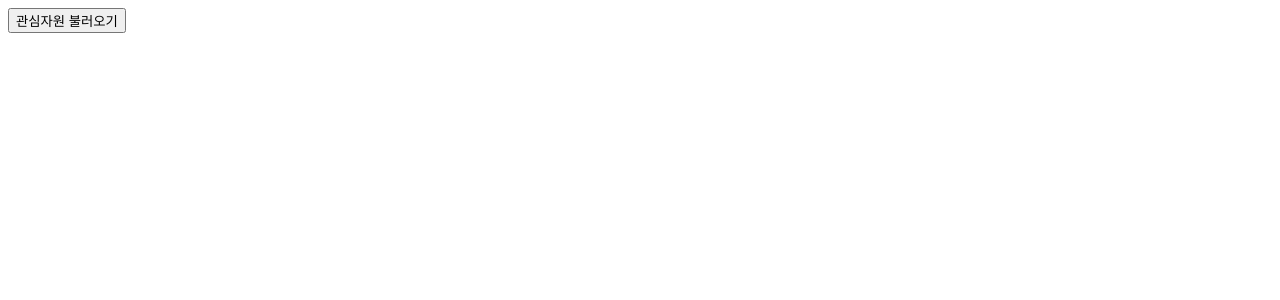
Repository: dlgywls1130/one_popup
Page: index.html
These files come from the project's save history. The page is drawn as it stood at one moment and after the next save; the edit follows.
The browser window is 1280 px wide. The pictures show the whole page.
Some web fonts or font styles are not loaded; a fallback is used.

Above is the page before, as saved 2023-10-25 23:10:53.

### index.html
<!DOCTYPE html>
<html lang="en">
<head>
    <meta charset="UTF-8">
    <meta name="viewport" content="width=device-width, initial-scale=1.0">
    <title>관심자원</title>

    <link rel="stylesheet" href="./style.css">

</head>
<body>
    <button type="button" class="click_modal">관심자원 불러오기</button>

    <div class="modal_new">
        <div class="modal_head">
            <div class="modal_title">관심자원 불러오기</div>
            <div class="modal_right">
                <div class="refresh">
                    <img src="./img/reload.png">
                </div>
                <div class="close">
                    <img src="./img/close.png">
                </div>
            </div>
        </div>
        <div class="modal_body">
            <div class="all_check">
                <input type="checkbox" id="checkall">
                <label for="checkall">
                    전체선택
                </label>
            </div>

            <div class="body_all_list">
                <table class="list_table_wrap">
                    <tr class="table_head">
                        <th rowspan='2'>선택</th>
                        <th rowspan='2'>자원분류</th>
                        <th rowspan='2'>진단명</th>
                        <th rowspan='2'>인체유래물 종류</th>
                        <th colspan='2'>분양신청수량</th>
                    </tr>
                    <tr class="table_head">
                        <td class="column_sum">명수</td>
                        <td class="column_sum">바이알수</td>
                    </tr>
                    <tr class="table_body_content">
                        <td><input type="checkbox" name="choice" id="check1"><label for="check1"></label></td>
                        <td>종양성질환</td>
                        <td>간 및 간내 담관의 악성 신생물(C22)</td>
                        <td></td>
                        <td></td>
                        <td></td>
                    </tr>
                    <tr  class="table_body_content">
                        <td><input type="checkbox" name="choice" id="check2"><label for="check2"></label></td>
                        <td>종양성질환</td>
                        <td>간 및 간내 담관의 악성 신생물(C22)</td>
                        <td></td>
                        <td></td>
                        <td></td>
                    </tr>
                    <tr  class="table_body_content">
                        <td><input type="checkbox" name="choice" id="check3"><label for="check3"></label></td>
                        <td>종양성질환</td>
                        <td>간 및 간내 담관의 악성 신생물(C22)</td>
                        <td></td>
                        <td></td>
                        <td></td>
                    </tr>
                </table>
            </div>


            <p class="span_bottom">※관심자원보관함에서 신청 수량이 입력된 자원만 선택 가능합니다.</p>
            <div class="bookmark_link">
                <div class="bookmark_img"><img src="./img/bookmark.png"></div>
                <p>관심자원보관함 이동</p>
            </div>

            <div class="button_import">
                <button type="button">불러오기</button>
            </div>
        </div>
    </div>

    <div class="overlay"></div>
</body>

<script src="./main.js"></script>
</html>

### style.css


@import url('https://fonts.googleapis.com/css2?family=Noto+Sans+KR:wght@300;400;500;600;700&display=swap');

@import url('https://cdn.jsdelivr.net/gh/orioncactus/pretendard/dist/web/static/pretendard.css');




  .modal_new{

    font-family: Pretendard,'Noto Sans KR', sans-serif;
  }

.modal_head{
    width: 100%;
    height: 46px;
    display: flex;
    align-items: center;
    justify-content: center;
    background-color: #1D2A75;
    position: relative;
    font-family: 'Noto Sans KR', sans-serif;
}

.modal_title{
    font-size: 20px;
    letter-spacing: -0.03em;
    color: #fff;
    font-weight: 500;
}

.modal_right{
    position: absolute;
    top: 50%;
    right: 20px;
    transform: translate(0,-50%);
    display: flex;
    align-items: center;
}

.modal_right .refresh{
    margin-right: 15px;
}
.modal_right .refresh,
.modal_right .close{
    width: 20px;
    height: 20px;
}

.modal_right .close{
    cursor: pointer;
}

.modal_right .refresh img,
.modal_right .close img{
    width: 100%;
    height: 100%;
}

.body_all_list{
    border-top: 1px solid #565656;
}

.list_table_wrap,
.list_table_wrap th,
.list_table_wrap td{
    border: 1px solid #E0E0E0;
    border-collapse: collapse;
    font-weight: 500;
}

.list_table_wrap tr th:nth-child(1),
.list_table_wrap tr td:nth-child(1){
    width: 5%;
}

.list_table_wrap tr th:nth-child(2),
.list_table_wrap tr td:nth-child(2){
    width: 25%;
}

.list_table_wrap tr th:nth-child(3),
.list_table_wrap tr td:nth-child(3){
    width: 30%;
}

.list_table_wrap tr th:nth-child(4),
.list_table_wrap tr td:nth-child(4){
    width: 20%;
}

.list_table_wrap tr th:nth-child(5),
.list_table_wrap tr td:nth-child(5){
    width: 10%;
}

.list_table_wrap tr th:nth-child(6),
.list_table_wrap tr td:nth-child(6){
    width: 10%;
}

.list_table_wrap .table_head{
    font-weight: 500;
    font-size: 16px;
    font-family: Pretendard,'Noto Sans KR', sans-serif;
    text-align: center;
}


.table_body_content td{
    font-weight: 400;
    font-size: 15px;
    letter-spacing: -0.03em;
    text-align: center;
    padding:15px;
    box-sizing: border-box;
}

.column_sum{

}

.bookmark_link{
    width: 160px;
    height: 30px;
    display: flex;
    align-items: center;
    border: 1px solid #DDDDDD;
    border-radius: 44px;
    justify-content: center;
}

.bookmark_link p{
    font-size: 14px;
    font-weight: 400;
    letter-spacing: -0.03em;
    margin: 0;
}

.bookmark_link .bookmark_img{
width: 14px;
height: 14px;
margin-right: 0.5rem;
}

.bookmark_link .bookmark_img img{
    width: 100%;
    height: 100%;
    object-fit: contain;
}

.span_bottom{
    font-size: 14px;
    margin: 30px 0 10px;
}

.modal_new{
    width: 977px;
    height: 600px;
    display: none;
    position: absolute;
    top: 50%;
    left: 50%;
    transform: translate(-50%,-50%);
    z-index: 9;
}

.modal_body{
    padding: 30px 20px 50px;
    box-sizing: border-box;
    background: #fff;
}

.all_check {
    margin-bottom: 20px;
}

.all_check label{
    font-size: 16px;
}


input[type=checkbox] {
    position: relative;
      background: #A7A7A7;
      cursor: pointer;
      line-height: 0;
      outline: 0;
      padding: 0 !important;
      vertical-align: text-top;
      height: 20px;
      width: 20px;
      border-radius: 50%;
      -webkit-appearance: none;
    opacity: .5;
  }

  input[type=checkbox]:hover {
    opacity: 1;
  }

  input[type=checkbox]:checked {
    background-color: #1D2A75;
    opacity: 1;
  }

  input[type=checkbox]:before {
    content: '';
    position: absolute;
    right: 50%;
    top: 50%;
    width: 4px;
    height: 10px;
    border: solid #FFF;
    border-width: 0 2px 2px 0;
    margin: -1px -1px 0 -1px;
    transform: rotate(45deg) translate(-50%, -50%);
    z-index: 2;
  }

.overlay {
    position: fixed;
    top: 0;
    left: 0;
    width: 100%;
    height: 100%;
    background-color: rgba(0,0,0,0.7);
    z-index: 1;
    display: none;
}

.button_import{
    margin: 40px 0;
    width: 100%;
    display: flex;
    align-items: center;
    justify-content: center;
}

.button_import button{
    display: flex;
    align-items: center;
    justify-content: center;
    width: 155px;
    height: 45px;
    border-radius: 4px;
    background-color: #1D2A75;
    color: #fff;
    font-size: 15px;
    letter-spacing: -0.03em;
    border: none;
    outline: none;
    box-shadow: none;
cursor: pointer;
font-family: Pretendard,'Noto Sans KR', sans-serif;
}


/* mobile */
@media screen and (max-width:768px){
    .modal_new{
        width: 90%;
        height: 500px;
    }

    .modal_title {
        font-size: 15px;
        letter-spacing: -0.03em;
        color: #fff;
        font-weight: 500;
    }

    .list_table_wrap .table_head{
        font-size: 12px;
    }

    .table_body_content td{
        font-size: 12px;
        padding: 8px;
    }

    .span_bottom {
        font-size: 10px;
        margin: 20px 0 10px;
    }

    .bookmark_link p {
        font-size: 12px;
        margin: 0;
    }

    .bookmark_link {
        width: 140px;
        height: 30px;
    }

    .modal_body {
        padding: 15px 20px 25px;
        box-sizing: border-box;
        background: #fff;
    }

    .button_import {
        margin: 20px 0;
        width: 100%;
        display: flex;
        align-items: center;
        justify-content: center;
    }

    .button_import button{
        width: 120px;
        height: 30px;
        border-radius: 4px;
        font-size: 12px;
    }

    .modal_right .refresh, .modal_right .close {
        width: 16px;
        height: 16px;
    }

    input[type=checkbox]{
        width: 16px;
        height: 16px;
    }

    input[type=checkbox]:before{
        width: 3px;
        height: 8px;
    }

    .list_table_wrap tr th:nth-child(1), .list_table_wrap tr td:nth-child(1) {
        width: 5%;
    }

    .list_table_wrap tr th:nth-child(2), .list_table_wrap tr td:nth-child(2) {
        width: 20%;
    }

    .list_table_wrap tr th:nth-child(3), .list_table_wrap tr td:nth-child(3) {
        width: 30%;
    }

    .list_table_wrap tr th:nth-child(4), .list_table_wrap tr td:nth-child(4) {
        width: 18%;
    }

    .all_check {
        margin-bottom: 10px;
    }

    .all_check label{
        font-size: 12px;
    }
}

### main.js
// modal open

document.querySelector('.click_modal').addEventListener('click', function(){
    document.querySelector('.modal_new').style.display = 'block';
    document.querySelector('.overlay').style.display = 'block';  // overlay 추가
});

// modal close
document.querySelector('.close').addEventListener('click', function(){
    document.querySelector('.modal_new').style.display = 'none';
    document.querySelector('.overlay').style.display = 'none';  // overlay 추가
});



// all checkbox
document.querySelector('.all_check input').addEventListener('change', function(){
    let checkboxes = document.querySelectorAll('.list_table_wrap input[name="choice"]');
    for(let checkbox of checkboxes) {
        checkbox.checked = this.checked; // all_check의 상태를 모든 체크박스에 적용
    }
});

After the next save:
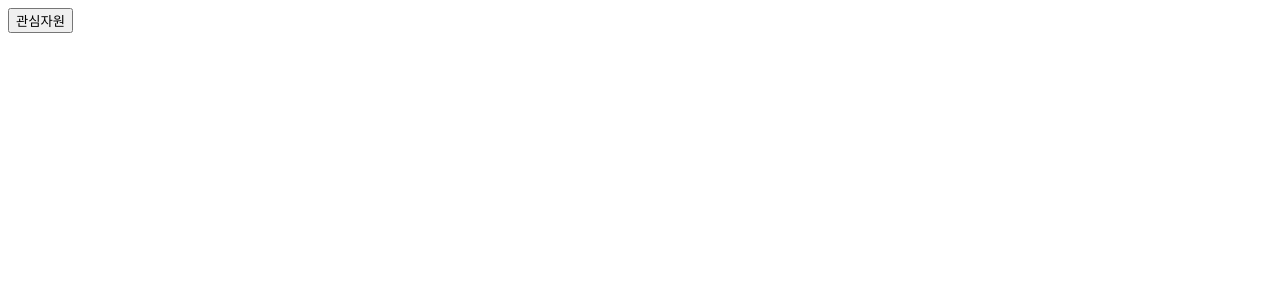
Saved 42 s later.
--- a/index.html
+++ b/index.html
@@ -9,7 +9,7 @@
 
 </head>
 <body>
-    <button type="button" class="click_modal">관심자원 불러오기</button>
+    <button type="button" class="click_modal">관심자원</button>
 
     <div class="modal_new">
         <div class="modal_head">
